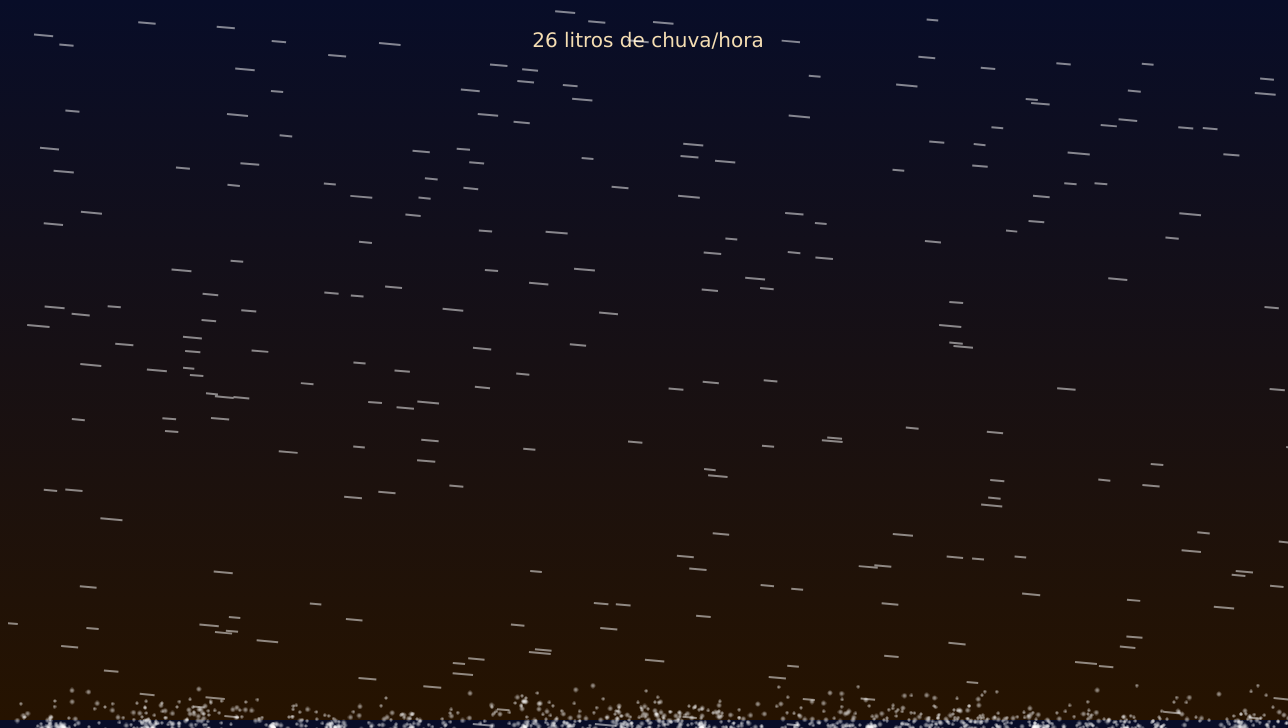
Repository: lucasthaynan/chuvas-estadao
Page: index.html
An editor plug-in stored every save of this project. The page is shown before and after the next save, followed by the edit.
The browser window is 1280 px wide. The page is 1288 px wide, so the pictures cover 1288 px, including what lies to the right of the window. The pictures show the whole page.

Above is the page before, as saved 2023-02-23 18:53:18.
Console error: ReferenceError: dat is not defined

### index.html
<!DOCTYPE html>
<html lang="en">
<head>
    <meta charset="UTF-8">
    <meta http-equiv="X-UA-Compatible" content="IE=edge">
    <meta name="viewport" content="width=device-width, initial-scale=1.0">
    <link rel="stylesheet" href="./style.css">
    <title>Document</title>
</head>
<body>

    <div id="instructions"></div>
    <canvas id="canvas">Canvas is not supported in your browser

    </canvas>

    <div class="text">
        <p>26 litros de chuva/hora</p>
    </div>



    <script src="./main.js"></script>
</body>
</html>

### style.css
html, body, canvas, #instructions {
	position: absolute;
	width: 100%;
	height: 100%;
}
body {
background: -moz-linear-gradient(top,  rgba(8,13,40,1) 0%, rgba(38,19,0,1) 100%); /* FF3.6-15 */
background: linear-gradient(to bottom,  rgb(37 46 93) 0%,hsl(242deg 80% 60% / 93%) 100%);
background: -webkit-linear-gradient(top,  rgba(8,13,40,1) 0%,rgba(38,19,0,1) 100%); /* Chrome10-25,Safari5.1-6 */
/* background: linear-gradient(to bottom,  rgba(8,13,40,1) 0%,rgba(38,19,0,1) 100%); W3C, IE10+, FF16+, Chrome26+, Opera12+, Safari7+ */
}

#instructions {
	opacity: 1;
	transition: opacity 2s;
	background-repeat: no-repeat;
	background-position: center center;
	background-size: contain;
	/* background-image: url(data:[embedded picture, 1818 characters]);
	 */
	@media (max-height: 400px) {
		display: none;
	}
}


.text {
    display: flex;
    justify-content: center;
}

p {
    color: wheat;
    font-size: 20px;
    font-family:'Lucida Sans', 'Lucida Sans Regular', 'Lucida Grande', 'Lucida Sans Unicode', Geneva, Verdana, sans-serif
}

### main.js
// Falling rain simulation using 2D canvas
// - vanilla JS, no frameworks
// - framerate independent physics
// - slow-mo / fast-forward support via demo.speed
// - supports high-DPI screens
// - falling rain particles are drawn as vector lines
// - splash particles are lazily pre-rendered so gradients aren't computed each frame
// - all particles make use of object pooling to further boost performance

// initialize
document.addEventListener("DOMContentLoaded", function() {
	demo.init();
	window.addEventListener('resize', demo.resize);
});

// demo namespace
var demo = {
	// CUSTOMIZABLE PROPERTIES
	// - physics speed multiplier: allows slowing down or speeding up simulation
	speed: 1,
	// - color of particles
	color: {
		r: '255',
		g: '255',
		b: '255',
		a: '0.5'
	},

	// END CUSTOMIZATION
	// whether demo is running
	started: false,
	// canvas and associated context references
	canvas: null,
	ctx: null,
	// viewport dimensions (DIPs)
	width: 0,
	height: 0,
	// devicePixelRatio alias (should only be used for rendering, physics shouldn't care)
	dpr: window.devicePixelRatio || 1,
	// time since last drop
	drop_time: 0,
	// ideal time between drops (changed with mouse/finger)
    drop_delay: 2,
	// drop_delay: 156,
	// wind applied to rain (changed with mouse/finger)
    wind: 15,
	// wind: 5,
	// color of rain (set in init)
	rain_color: null,
	rain_color_clear: null,
	// rain particles
	rain: [],
	rain_pool: [],
	// rain droplet (splash) particles
	drops: [],
	drop_pool: []
};

// demo initialization (should only run once)
demo.init = function() {
	if (!demo.started) {
		demo.started = true;
		demo.canvas = document.getElementById('canvas');
		demo.ctx = demo.canvas.getContext('2d');
		var c = demo.color;
		demo.rain_color = 'rgba(' + c.r + ',' + c.g + ',' + c.b + ',' + c.a + ')';
		demo.rain_color_clear = 'rgba(' + c.r + ',' + c.g + ',' + c.b + ',0)';
		demo.resize();
		Ticker.addListener(demo.step);

		//
		const gui = new dat.GUI();
		gui.add(demo, 'speed', 0.2, 2);

		// fade out instructions after a few seconds
		var instructions = document.getElementById('instructions');
		setTimeout(function() {
			instructions.style.opacity = 0;
			setTimeout(function(){
				instructions.parentNode.removeChild(instructions);
			}, 2000);
		}, 4000);
	}
}

// (re)size canvas (clears all particles)
demo.resize = function() {
	// localize common references
	var rain = demo.rain;
	var drops = demo.drops;
	// recycle particles
	for (var i = rain.length - 1; i >= 0; i--) {
			rain.pop().recycle();
	}
	for (var i = drops.length - 1; i >= 0; i--) {
			drops.pop().recycle();
	}
	// resize
	demo.width = window.innerWidth;
	demo.height = window.innerHeight;
	demo.canvas.width = demo.width * demo.dpr;
	demo.canvas.height = demo.height * demo.dpr;
}

demo.step = function(time, lag) {
	// localize common references
	var demo = window.demo;
	var speed = demo.speed;
	var width = demo.width;
	var height = demo.height;
	var wind = demo.wind;
	var rain = demo.rain;
	var rain_pool = demo.rain_pool;
	var drops = demo.drops;
	var drop_pool = demo.drop_pool;

	// multiplier for physics
	var multiplier = speed * lag;

	// spawn drops
	demo.drop_time += time * speed;
	while (demo.drop_time > demo.drop_delay) {
		demo.drop_time -= demo.drop_delay;
		var new_rain = rain_pool.pop() || new Rain();
		new_rain.init();
		var wind_expand = Math.abs(height / new_rain.speed * wind); // expand spawn width as wind increases
		var spawn_x = Math.random() * (width + wind_expand);
		if (wind > 0) spawn_x -= wind_expand;
		new_rain.x = spawn_x;
		rain.push(new_rain);
	}

	// rain physics
	for (var i = rain.length - 1; i >= 0; i--) {
		var r = rain[i];
		r.y += r.speed * r.z * multiplier;
		r.x += r.z * wind * multiplier;
		// remove rain when out of view
		if (r.y > height) {
			// if rain reached bottom of view, show a splash
			r.splash();
		}
		// recycle rain
		if (r.y > height + Rain.height * r.z || (wind < 0 && r.x < wind) || (wind > 0 && r.x > width + wind)) {
			r.recycle();
			rain.splice(i, 1);
		}
	}

	// splash drop physics
	var drop_max_speed = Drop.max_speed;
	for (var i = drops.length - 1; i >= 0; i--) {
		var d = drops[i];
		d.x += d.speed_x * multiplier;
		d.y += d.speed_y * multiplier;
		// apply gravity - magic number 0.3 represents a faked gravity constant
		d.speed_y += 0.3 * multiplier;
		// apply wind (but scale back the force)
		d.speed_x += wind / 25 * multiplier;
		if (d.speed_x < -drop_max_speed) {
			d.speed_x = -drop_max_speed;
		}else if (d.speed_x > drop_max_speed) {
			d.speed_x = drop_max_speed;
		}
		// recycle
		if (d.y > height + d.radius) {
			d.recycle();
			drops.splice(i, 1);
		}
	}

	demo.draw();
}

demo.draw = function() {
	// localize common references
	var demo = window.demo;
	var width = demo.width;
	var height = demo.height;
	var dpr = demo.dpr;
	var rain = demo.rain;
	var drops = demo.drops;
	var ctx = demo.ctx;

	// start fresh
	ctx.clearRect(0, 0, width*dpr, height*dpr);

	// draw rain (trace all paths first, then stroke once)
	ctx.beginPath();
	var rain_height = Rain.height * dpr;
	for (var i = rain.length - 1; i >= 0; i--) {
		var r = rain[i];
		var real_x = r.x * dpr;
		var real_y = r.y * dpr;
		ctx.moveTo(real_x, real_y);
		// magic number 1.5 compensates for lack of trig in drawing angled rain
		ctx.lineTo(real_x - demo.wind * r.z * dpr * 1.5, real_y - rain_height * r.z);
	}
	ctx.lineWidth = Rain.width * dpr;
	ctx.strokeStyle = demo.rain_color;
	ctx.stroke();

	// draw splash drops (just copy pre-rendered canvas)
	for (var i = drops.length - 1; i >= 0; i--) {
		var d = drops[i];
		var real_x = d.x * dpr - d.radius;
		var real_y = d.y * dpr - d.radius;
		ctx.drawImage(d.canvas, real_x, real_y);
	}
}


// Rain definition
function Rain() {
	this.x = 0;
	this.y = 0;
	this.z = 0;
	this.speed = 25;
	this.splashed = false;
}
Rain.width = 2;

// TAMANHO DAS GOSTAS DE CHUVA - 40 = PADRAO
Rain.height = 2;
Rain.prototype.init = function() {
	this.y = Math.random() * -100;

    // VELOCIDADE DE QUEDA DA CHUVA - 0.5 + 0.5 = PADRAO
	this.z = Math.random() * 0.5 + 0.5;
	this.splashed = false;
}
Rain.prototype.recycle = function() {
	demo.rain_pool.push(this);
}
// recycle rain particle and create a burst of droplets
Rain.prototype.splash = function() {
	if (!this.splashed) {
		this.splashed = true;
		var drops = demo.drops;
		var drop_pool = demo.drop_pool;

		for (var i=0; i<16; i++) {
			var drop = drop_pool.pop() || new Drop();
			drops.push(drop);
			drop.init(this.x);
		}
	}
}


// Droplet definition
function Drop() {
	this.x = 0;
	this.y = 0;
	this.radius = Math.round(Math.random() * 2 + 1) * demo.dpr;
	this.speed_x = 0;
	this.speed_y = 0;
	this.canvas = document.createElement('canvas');
	this.ctx = this.canvas.getContext('2d');

	// render once and cache
	var diameter = this.radius * 2;
	this.canvas.width = diameter;
	this.canvas.height = diameter;

	var grd = this.ctx.createRadialGradient(this.radius, this.radius , 1, this.radius, this.radius, this.radius);
	grd.addColorStop(0, demo.rain_color);
	grd.addColorStop(1, demo.rain_color_clear);
	this.ctx.fillStyle = grd;
	this.ctx.fillRect(0, 0, diameter, diameter);
}

// DISPERCAO DOS PINGOS NO CHAO
Drop.max_speed = 5;

Drop.prototype.init = function(x) {
	this.x = x;
	this.y = demo.height;
	var angle = Math.random() * Math.PI - (Math.PI * 0.5);
	var speed = Math.random() * Drop.max_speed;
	this.speed_x = Math.sin(angle) * speed;
	this.speed_y = -Math.cos(angle) * speed;
}
Drop.prototype.recycle = function() {
	demo.drop_pool.push(this);
}




// handle interaction
demo.mouseHandler = function(evt) {
	demo.updateCursor(evt.clientX, evt.clientY);
}
demo.touchHandler = function(evt) {
	evt.preventDefault();
	var touch = evt.touches[0];
	demo.updateCursor(touch.clientX, touch.clientY);
}
demo.updateCursor = function(x, y) {
	x /= demo.width;
	y /= demo.height;
	var y_inverse = (1 - y);

	demo.drop_delay = y_inverse*y_inverse*y_inverse * 100 + 2;
	demo.wind = (x - 0.5) * 50;
}

document.addEventListener('mousemove', demo.mouseHandler);
document.addEventListener('touchstart', demo.touchHandler);
document.addEventListener('touchmove', demo.touchHandler);



// Frame ticker helper module
var Ticker = (function(){
	var PUBLIC_API = {};

	// public
	// will call function reference repeatedly once registered, passing elapsed time and a lag multiplier as parameters
	PUBLIC_API.addListener = function addListener(fn) {
		if (typeof fn !== 'function') throw('Ticker.addListener() requires a function reference passed in.');

		listeners.push(fn);

		// start frame-loop lazily
		if (!started) {
			started = true;
			queueFrame();
		}
	};

	// private
	var started = false;
	var last_timestamp = 0;
	var listeners = [];
	// queue up a new frame (calls frameHandler)
	function queueFrame() {
		if (window.requestAnimationFrame) {
			requestAnimationFrame(frameHandler);
		} else {
			webkitRequestAnimationFrame(frameHandler);
		}
	}
	function frameHandler(timestamp) {
		var frame_time = timestamp - last_timestamp;
		last_timestamp = timestamp;
		// make sure negative time isn't reported (first frame can be whacky)
		if (frame_time < 0) {
			frame_time = 17;
		}
		// - cap minimum framerate to 15fps[~68ms] (assuming 60fps[~17ms] as 'normal')
		else if (frame_time > 68) {
			frame_time = 68;
		}

		// fire custom listeners
		for (var i = 0, len = listeners.length; i < len; i++) {
			listeners[i].call(window, frame_time, frame_time / 16.67);
		}

		// always queue another frame
		queueFrame();
	}

	return PUBLIC_API;
}());

After the next save:
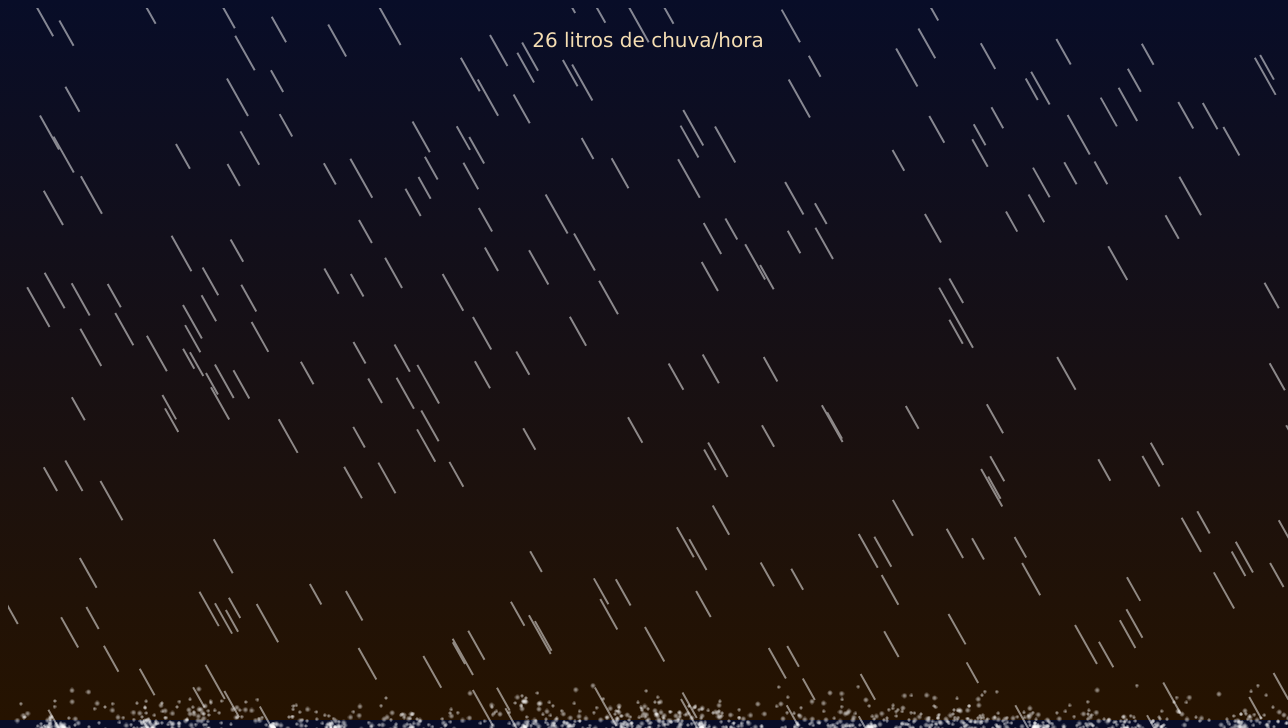
Saved 7 s later.
--- a/main.js
+++ b/main.js
@@ -221,7 +221,7 @@ function Rain() {
 Rain.width = 2;
 
 // TAMANHO DAS GOSTAS DE CHUVA - 40 = PADRAO
-Rain.height = 2;
+Rain.height = 40;
 Rain.prototype.init = function() {
 	this.y = Math.random() * -100;
 
